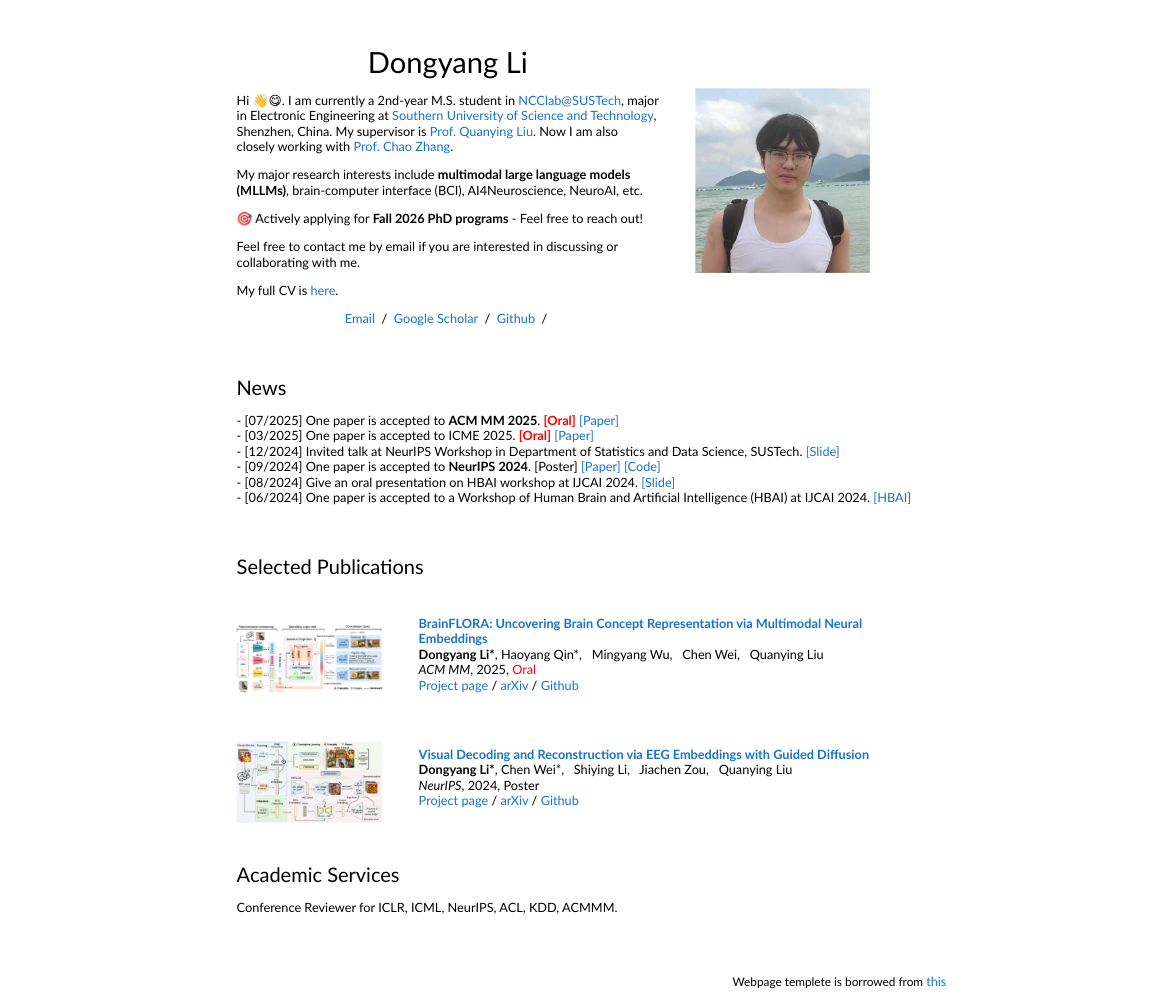
Repository: dongyangli-del/dongyangli-del.github.io
Page: index.html
These files come from the project's save history. The page is drawn as it stood at one moment and after a run of saves; the edit follows.
The browser window is 1280 px wide. The pictures show the whole page, at 91% of full size.

Above is the page before, as saved 2025-07-12 21:15:56.

### index.html
<!DOCTYPE HTML>
<html lang="en">
  <head>

    <meta http-equiv="Content-Type" content="text/html; charset=UTF-8">

    <title>Dongyang Li</title>

    <meta name="author" content="Dongyang Li">
    <meta name="viewport" content="width=device-width, initial-scale=1">

    <link rel="stylesheet" type="text/css" href="stylesheet.css">
    <link rel="icon" href="data:[embedded picture, 141 characters]">
  </head>

  <body>
    <!-- <div class="content">
      <table style="width:100%;border:0px;border-spacing:0px;border-collapse:separate;margin-right:auto;margin-left:auto;"><tbody>
        <tr style="padding:0px">
          <td style="padding:2.5%;width:63%;vertical-align:middle">
            <p class="name" style="text-align: center;">
              Dongyang Li
            </p>

            </p>
            <p>

            </p>
            <p style="text-align:center">
            </p>
          </td>
          <td style="padding:2.5%;width:40%;max-width:40%">
            <a href="myassets/profile.jpg"><img style="width:100%;max-width:100%" alt="profile photo" src="myassets/profile.jpg" class="hoverZoomLink"></a>
          </td>
        </tr>
      </tbody></table>
    </div> -->
    <table style="width:100%;max-width:800px;border:0px;border-spacing:0px;border-collapse:separate;margin-right:auto;margin-left:auto;"><tbody>
      <tr style="padding:0px">
        <td style="padding:0px">
          <table style="width:100%;border:0px;border-spacing:0px;border-collapse:separate;margin-right:auto;margin-left:auto;"><tbody>
            <tr style="padding:0px">
              <td style="padding:2.5%;width:63%;vertical-align:middle">
                <p class="name" style="text-align: center;">
                  Dongyang Li
                </p>
                <p>
                  Hi 👋😋.
                  I am currently a 2nd-year M.S. student in <a href="https://faculty.sustech.edu.cn/?tagid=liuqy&iscss=1&snapid=1&orderby=date&go=1">NCClab@SUSTech</a>, major in Electronic Engineering at <a href="https://www.sustech.edu.cn/en/">Southern University of Science and Technology</a>, Shenzhen, China.
                  My supervisor is <a href="https://www.sustech.edu.cn/zh/faculties/liuquanying.html">Prof. Quanying Liu</a>. Now I am also closely working with <a href="https://mi.eng.cam.ac.uk/~cz277/">Prof. Chao Zhang</a>.
                </p>
                <p>
                  My major research interests include <strong>multimodal large language models (MLLMs)</strong>, brain-computer interface (BCI), AI4Neuroscience, NeuroAI, etc.
                </p>
                <p>🎯 Actively applying for <strong>Fall 2026 PhD programs</strong> - Feel free to reach out!</p> Feel free to contact me by email if you are interested in discussing or collaborating with me.


                <p>
                  My full CV is <a href="https://dongyangli-del.github.io/files/Dongyang_Li_CV.pdf">here</a>.
                </p>
                <p style="text-align:center">
                  <a href="lidy2023@mail.sustech.edu.cn">Email</a> &nbsp;/&nbsp;
                  <a href="https://scholar.google.com/citations?user=4VTOeU4AAAAJ&hl=zh-CN&oi=ao">Google Scholar</a> &nbsp;/&nbsp;
                  <a href="https://github.com/dongyangli-del">Github</a> &nbsp;/&nbsp;
                  <!-- <a href="https://www.linkedin.com/in/yingqing-he-6b2859168/">LinkedIn</a> -->
                </p>
              </td>
              <td style="padding:2.5%;width:40%;max-width:40%">
                <a href="myassets/profile.jpg"><img style="width:75%;max-width:100%" alt="profile photo" src="myassets/profile.jpg" class="hoverZoomLink"></a>
              </td>
            </tr>
          </tbody></table>

          <table style="width:100%;border:0px;border-spacing:0px;border-collapse:separate;margin-right:auto;margin-left:auto;"><tbody>
            <tr>
            <td style="padding:20px;width:100%;vertical-align:middle">
              <h2>News</h2>
              <p>
                - [07/2025] One paper is accepted to <strong>ACM MM 2025</strong>. <span style="color: red; font-weight: bold;">[Oral]</span> <a href="https://arxiv.org/pdf/2410.23754">[Paper]</a><br>

                - [03/2025] One paper is accepted to ICME 2025. <span style="color: red; font-weight: bold;">[Oral]</span> <a href="https://arxiv.org/pdf/2410.23754">[Paper]</a><br>

                - [12/2024] Invited talk at NeurIPS Workshop in Department of Statistics and Data Science, SUSTech. <a href="https://dongyangli-del.github.io/files/DongyangLi-20241201.pdf">[Slide]</a><br>

                - [09/2024] One paper is accepted to <strong>NeurIPS 2024</strong>. [Poster] <a href="https://arxiv.org/abs/2403.07721">[Paper]</a> <a href="https://github.com/dongyangli-del/EEG_Image_decode">[Code]</a> <br>

                - [08/2024] Give an oral presentation on HBAI workshop at IJCAI 2024. <a href="https://dongyangli-del.github.io/files/HBAI_2024_DongyangLi.pdf">[Slide]</a><br>

                - [06/2024] One paper is accepted to a Workshop of Human Brain and Artificial Intelligence (HBAI) at IJCAI 2024. <a href="https://hbai2024.github.io/">[HBAI]</a><br>

                <!-- - [10/2024] <font style="color: #d07c22">Invited talk</font> at <a href="https://venue-tutorial.github.io/">ECCV 2024 VENUE (Recent Advances in Video Content Understanding and Generation) Tutorial</a>
                 on the topic of <i>"LLMs Meet image and video generation"</i>.
                 The slides are available at our <a href="https://github.com/YingqingHe/Awesome-LLMs-meet-Multimodal-Generation/blob/main/ECCV2024-VENUE-Tutorial-Slides-LLM-Meet-Image-and-Video-Generation.pdf">Github repo</a>.<br>
                - [08/2024] <font style="color: #d07c22">Invited talk</font> at <a href="https://hunyuan.tencent.com/">Tencent Hunyuan</a>
                 on the topic of <i>"LLMs Meet Multimodal Generation and Editing"</i><br>
                - [08/2024] 1 paper was accepted to <font style="color: #D8429E">ECCV 2024 AI4VA Workshop</font>.<br>
                - [07/2024] 1 paper was accepted to <font style="color: #D8429E">SIGGRAPH Asia 2024</font>.<br>
                - [07/2024] 1 paper was accepted to <font style="color: #D8429E">ECCV 2024</font>.<br>
                - [05/2024] We released a survey paper: <a href="https://arxiv.org/abs/2405.19334">LLMs Meet Multimodal Generation and Editing: A Survey</a>.<br>
                - [03/2024] <font style="color: #d07c22">Invited talk</font> at <a href="https://www.meituan.com/">Meituan</a> on the topic of <i>"Recent Advance of Text-to-Video Generation"</i>.<br>
                - [03/2024] 1 paper was accepted to <font style="color: #D8429E">CVPR 2024</font>.<br>
                - [02/2024] 1 paper was accepted to <font style="color: #D8429E">TVCG 2024</font>.<br>
                - [01/2024] 2 papers were accepted to <font style="color: #D8429E">ICLR 2024</font> (including 1 Spotlight paper).<br>
                - [12/2023] 1 paper was accepted to <font style="color: #D8429E">AAAI 2024</font>.<br>
                - [11/2023] Released <a href="https://arxiv.org/abs/2310.19512">VideoCrafter 1</a>.<br>
                - [08/2023] 1 paper was accepted to <font style="color: #D8429E">SIGGRAPH Asia 2023</font>.<br>
                - [06/2023] <font style="color: #d07c22">Invited talk</font> at <a href="https://sites.google.com/view/loveucvpr23/home">CVPR 2023 LOVEU Workshop</a> on the topic of <i>"Crafting Your Videos: From Unconditional to <br>
                  &nbsp; &nbsp; &nbsp;&nbsp; &nbsp; &nbsp;&nbsp; &nbsp; &nbsp;&nbsp; &nbsp; &nbsp;&nbsp; &nbsp; &nbsp;&nbsp;&nbsp;
                  Controllable Video Diffusion Models"</i>.<br>
                - [04/2023] Released <a href="https://github.com/AILab-CVC/VideoCrafter">VideoCrafter 0.9</a>.<br>
                - [08/2021] 1 paper was accepted to <font style="color: #D8429E">ACM MM 2021</font> as an <font style="color: #D8429E">Oral</font> paper.<br>  -->
              </p>
            </td>
            </tr>
          </tbody></table>
          <table style="width:100%;border:0px;border-spacing:0px;border-collapse:separate;margin-right:auto;margin-left:auto;"><tbody>

    <table style="width:100%;border:0px;border-spacing:0px;border-collapse:separate;margin-right:auto;margin-left:auto;">
      <tbody>
      <tr>
        <td style="padding:20px;width:100%;vertical-align:middle">
          <h2>Selected Publications</h2>
          <!-- <p>
            I'm interested in computer vision, generative models, image/video generation and editing.
          </p> -->
        </td>
      </tr>
      </tbody>
    </table>
    <table style="width:100%;border:0px;border-spacing:0px;border-collapse:separate;margin-right:auto;margin-left:auto;"><tbody>


      <!-- BrainFLORA -->
      <tr>
        <td style="padding:20px;width:25%;vertical-align:middle">
          <img src='myassets/BrainFLORA.png' width="100%">
        </td>
        <td style="padding:20px;width:75%;vertical-align:middle">
          <a href="https://github.com/dongyangli-del/BrainFLORA">
            <span class="papertitle">BrainFLORA: Uncovering Brain Concept Representation via Multimodal Neural Embeddings</span>
          </a>
          <br>
          <strong>Dongyang Li*</strong>,
          <font style="color:black;">Haoyang Qin*, </font> &nbsp;
          <font style="color: black;">Mingyang Wu, </font> &nbsp;
          <font style="color: black;">Chen Wei, </font> &nbsp;
          <font style="color: black;">Quanying Liu </font> &nbsp;
          <br>
          <em>ACM MM</em>, 2025, <font style="color:red;">Oral</font>
          <br>
          <a href="https://github.com/dongyangli-del/BrainFLORA">Project page</a> /
          <a href="https://arxiv.org/pdf/2403.07721">arXiv</a> /
          <a href="https://github.com/dongyangli-del/BrainFLORA">Github</a>
          <p></p>
          <p>
          </p>
        </td>
      </tr>


      <!-- EEG_Image_Decode -->
      <tr>
        <td style="padding:20px;width:25%;vertical-align:middle">
          <img src='myassets/EEG_Image_decode.png' width="100%">
        </td>
        <td style="padding:20px;width:75%;vertical-align:middle">
          <a href="https://github.com/dongyangli-del/EEG_Image_decode/">
            <span class="papertitle">Visual Decoding and Reconstruction via EEG Embeddings with Guided Diffusion</span>
          </a>
          <br>
          <strong>Dongyang Li*</strong>,
          <font style="color:black;">Chen Wei*, </font> &nbsp;
          <font style="color: black;">Shiying Li, </font> &nbsp;
          <font style="color: black;">Jiachen Zou, </font> &nbsp;
          <font style="color: black;">Quanying Liu </font> &nbsp;
          <br>
          <em>NeurIPS</em>, 2024, Poster
          <br>
          <a href="https://dongyangli-del.github.io/EEG_Image_Decode/">Project page</a> /
          <a href="https://arxiv.org/pdf/2403.07721">arXiv</a> /
          <a href="https://github.com/dongyangli-del/EEG_Image_decode">Github</a>
          <p></p>
          <p>
          </p>
        </td>
      </tr>



    <table style="width:100%;border:0px;border-spacing:0px;border-collapse:separate;margin-right:auto;margin-left:auto;"><tbody>
      <tr>
      <td style="padding:20px;width:100%;vertical-align:middle">
        <h2>Academic Services</h2>
        <p>
          Conference Reviewer for ICLR, ICML, NeurIPS, ACL, KDD, ACMMM.<br>
          <!-- Journal Reviewer for TPAMI, IJCV, ACM Computing Surveys. -->
        </p>
      </td>
    </tr>
    </tbody></table>
    <table style="width:100%;border:0px;border-spacing:0px;border-collapse:separate;margin-right:auto;margin-left:auto;"><tbody>

    <!-- </tbody></table>
          <table width="100%" align="center" border="0" cellspacing="0" cellpadding="20"><tbody>
            <tr>
              <td>
                <h2>Miscellanea</h2>
              </td>
            </tr>
          </tbody></table>
          <table width="100%" align="center" border="0" cellpadding="20"><tbody>

            <tr>
              <td style="padding:20px;width:25%;vertical-align:middle"><img src="images/cvf.jpg"></td>
              <td width="75%" valign="center">
                <a href="https://cvpr2023.thecvf.com/Conferences/2023/Organizers">Demo Chair, CVPR 2023</a>
          <br>
                <a href="https://cvpr2022.thecvf.com/area-chairs">Area Chair, CVPR 2022</a>
                <br>
                <a href="http://cvpr2021.thecvf.com/area-chairs">Area Chair & Longuet-Higgins Award Committee Member, CVPR 2021</a>
                <br>
                <a href="http://cvpr2019.thecvf.com/area_chairs">Area Chair, CVPR 2019</a>
                <br>
                <a href="http://cvpr2018.thecvf.com/organizers/area_chairs">Area Chair, CVPR 2018</a>
              </td>
            </tr>
            <tr>
              <td style="padding:20px;width:25%;vertical-align:middle">
                <img src="images/cs188.jpg" alt="cs188">
              </td>
              <td width="75%" valign="center">
                <a href="http://inst.eecs.berkeley.edu/~cs188/sp11/announcements.html">Graduate Student Instructor, CS188 Spring 2011</a>
                <br>
                <a href="http://inst.eecs.berkeley.edu/~cs188/fa10/announcements.html">Graduate Student Instructor, CS188 Fall 2010</a>
                <br>
                <a href="http://aima.cs.berkeley.edu/">Figures, "Artificial Intelligence: A Modern Approach", 3rd Edition</a>
              </td>
            </tr>


            <tr>
              <td align="center" style="padding:20px;width:25%;vertical-align:middle">
                <h2>Basically <br> Blog Posts</h2>
              </td>
              <td width="75%" valign="middle">
                <a href="https://arxiv.org/abs/2112.11687">Squareplus: A Softplus-Like Algebraic Rectifier</a>
                <br>
                <a href="https://arxiv.org/abs/2010.09714">A Convenient Generalization of Schlick's Bias and Gain Functions</a>
                <br>
                <a href="https://arxiv.org/abs/1704.07483">Continuously Differentiable Exponential Linear Units</a>
                <br>
                <a href="https://jonbarron.info/data/cvpr2023_llm_workshop_annotated.pdf">Scholars & Big Models: How Can Academics Adapt?</a>
              </td>
            </tr>
          </tbody></table> -->


          <table style="width:100%;border:0px;border-spacing:0px;border-collapse:separate;margin-right:auto;margin-left:auto;"><tbody>
            <tr>
              <td style="padding:0px">
                <br>
                <p style="text-align:right;font-size:small;">
                  <!-- Feel free to steal this website's <a href="https://github.com/jonbarron/jonbarron_website">source code</a>. <strong>Do not</strong> scrape the HTML from this page itself, as it includes analytics tags that you do not want on your own website &mdash; use the github code instead. Also, consider using <a href="https://leonidk.com/">Leonid Keselman</a>'s <a href="https://github.com/leonidk/new_website">Jekyll fork</a> of this page. -->
                  Webpage templete is borrowed from <a href="https://github.com/jonbarron/jonbarron_website">this</a>
                </p>
              </td>
            </tr>
          </tbody></table>
        </td>
      </tr>
    </table>
  </body>
</html>

Loaded but not shown: stylesheet.css (152 lines, source omitted)

After the next 2 saves:
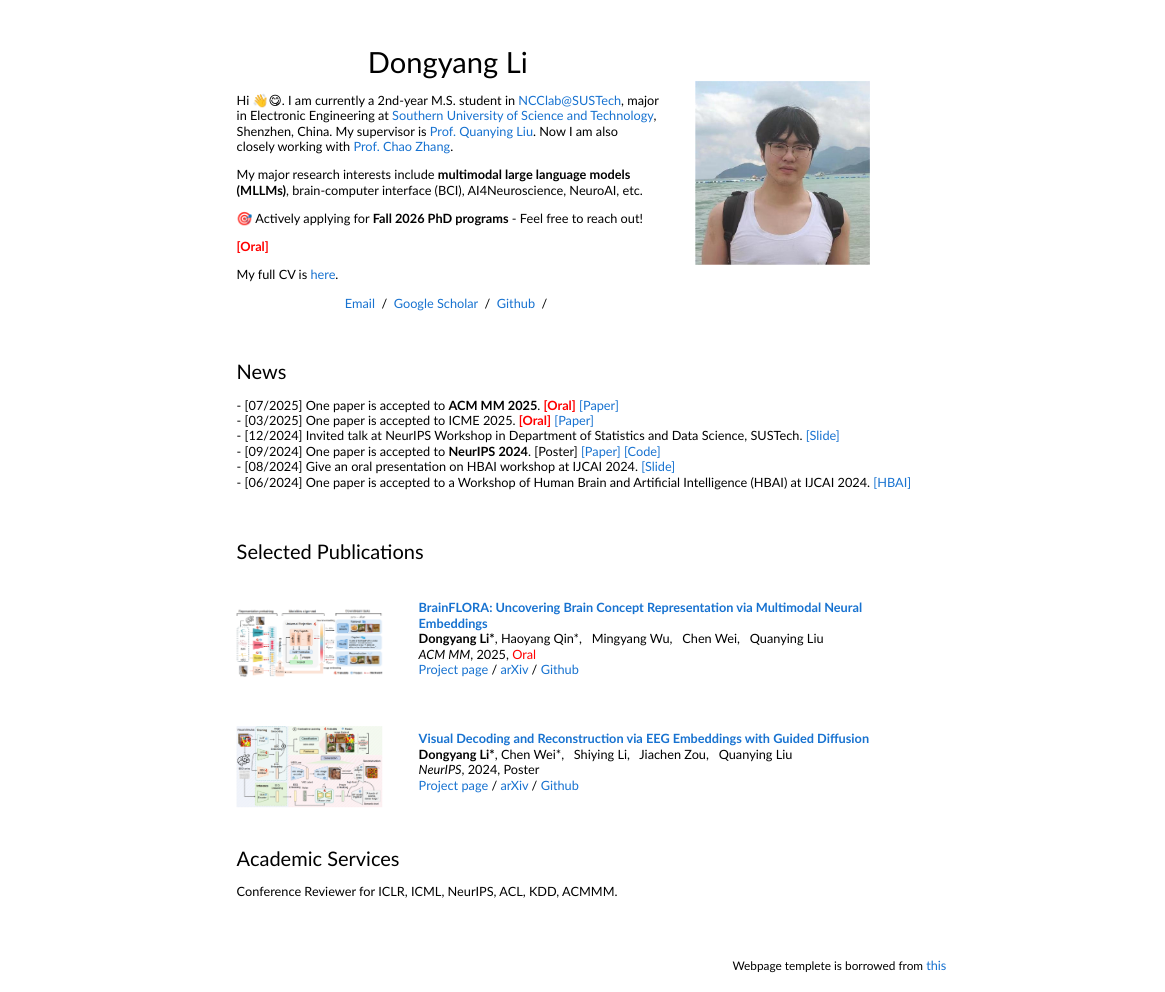
The 2 saves are shown as one change because they came seconds apart.
The last was saved 19 s later.
--- a/index.html
+++ b/index.html
@@ -52,7 +52,7 @@
                 <p>
                   My major research interests include <strong>multimodal large language models (MLLMs)</strong>, brain-computer interface (BCI), AI4Neuroscience, NeuroAI, etc.
                 </p>
-                <p>🎯 Actively applying for <strong>Fall 2026 PhD programs</strong> - Feel free to reach out!</p> Feel free to contact me by email if you are interested in discussing or collaborating with me.
+                <p>🎯 Actively applying for <strong>Fall 2026 PhD programs</strong> - Feel free to reach out!</p> <span style="color: red; font-weight: bold;">[Oral]</span>
 
 
                 <p>

After the save that followed:
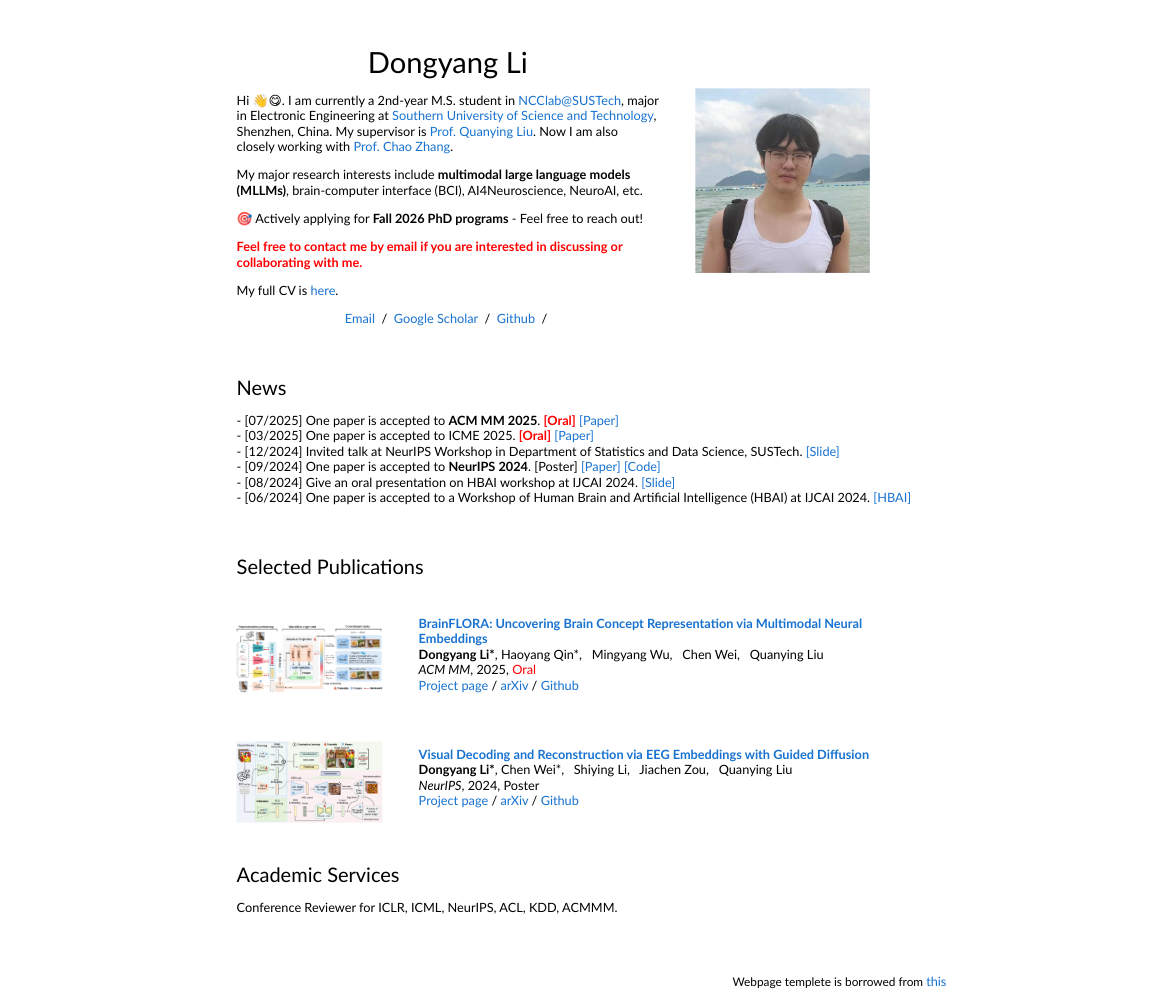
Saved 4 s later.
--- a/index.html
+++ b/index.html
@@ -52,7 +52,7 @@
                 <p>
                   My major research interests include <strong>multimodal large language models (MLLMs)</strong>, brain-computer interface (BCI), AI4Neuroscience, NeuroAI, etc.
                 </p>
-                <p>🎯 Actively applying for <strong>Fall 2026 PhD programs</strong> - Feel free to reach out!</p> <span style="color: red; font-weight: bold;">[Oral]</span>
+                <p>🎯 Actively applying for <strong>Fall 2026 PhD programs</strong> - Feel free to reach out!</p> <span style="color: red; font-weight: bold;">Feel free to contact me by email if you are interested in discussing or collaborating with me.</span>
 
 
                 <p>
